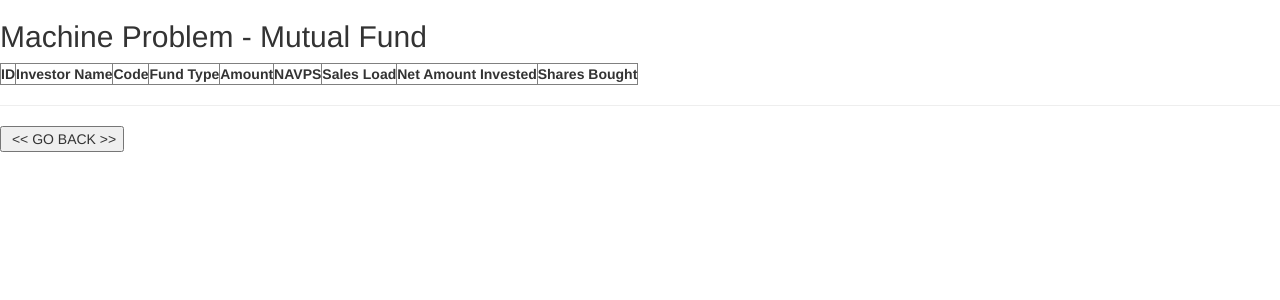
Repository: joshualaxamana/INFOSECWorkspace
Page: http://localhost/MachineProblem1/listallrecords.action
An editor plug-in stored every save of this project. The page is shown before and after the next save, followed by the edit.
The browser window is 1280 px wide. The pictures show the whole page.
Some web libraries are served in a nearby version. The page is served by Tomcat 9. Other server files are loaded and not shown. Queries for data that is not in the repository find no rows.

Above is the page before, as saved 2017-11-19 16:31:25.

### MachineProblem1/web/viewallrecords.jsp
<%@ page language="java" contentType="text/html; charset=ISO-8859-1"
    pageEncoding="ISO-8859-1"
    import="machine.problem.utility.Security"%>

<jsp:useBean id="record" type="java.sql.ResultSet" scope="request"/>

<!DOCTYPE html>
<html>
<head>
<meta http-equiv="Content-Type" content="text/html; charset=ISO-8859-1">
<title>Machine Problem - Mutual Fund</title>
<link rel="stylesheet" href="https://maxcdn.bootstrapcdn.com/bootstrap/3.3.7/css/bootstrap.min.css">
<script src="https://ajax.googleapis.com/ajax/libs/jquery/3.2.1/jquery.min.js"></script>
<script src="https://maxcdn.bootstrapcdn.com/bootstrap/3.3.7/js/bootstrap.min.js"></script>
</head>
<body>
	<h2>Machine Problem - Mutual Fund</h2>
	<table border="1">
		<tr>
			<th>ID</th>
			<th>Investor Name</th>
			<th>Code</th>
			<th>Fund Type</th>
			<th>Amount</th>
			<th>NAVPS</th>
			<th>Sales Load</th>
			<th>Net Amount Invested</th>
			<th>Shares Bought</th>
		</tr>
		<%
			while (record.next()) {
		%>
			<tr align="center">
				<td><%= record.getInt("id") %></td>
				<td><%= Security.decrypt(record.getString("investorName")) %></td>
				<td><%= Security.decrypt(record.getString("fundCode")) %></td>
				<td><%= Security.decrypt(record.getString("mutualFundType")) %></td>
				<td><%= record.getDouble("amountInvested") %></td>
				<td><%= record.getDouble("navps") %></td>
				<td><%= record.getDouble("salesLoad") %></td>
				<td><%= record.getDouble("netAmountInvested") %></td>
				<td><%= record.getInt("sharesBought") %></td>
			</tr>
		<% } %>
	</table>
	<hr/>
	<form action="index.jsp">
		<input type="submit" value=" << GO BACK >>">
	</form>
</body>
</html>

### MachineProblem1/src/machine/problem/controller/ListAllRecordsServlet.java
package machine.problem.controller;

import java.io.IOException;
import javax.servlet.ServletException;
import javax.servlet.annotation.WebServlet;
import javax.servlet.http.HttpServlet;
import javax.servlet.http.HttpServletRequest;
import javax.servlet.http.HttpServletResponse;

import java.sql.*;

import machine.problem.model.InvestorBean;

@WebServlet("/listallrecords.action")
public class ListAllRecordsServlet extends HttpServlet {
	private static final long serialVersionUID = 1L;

	protected void doGet(HttpServletRequest request, HttpServletResponse response) throws ServletException, IOException {
		doPost(request, response);
	}

	protected void doPost(HttpServletRequest request, HttpServletResponse response) throws ServletException, IOException {

		ResultSet records = new InvestorBean().getAllRecords();

		//perform data binding on request
		request.setAttribute("record", records);

		//select the JSP for view
		request.getRequestDispatcher("viewallrecords.jsp")
			.forward(request, response);
	}
}

### MachineProblem1/src/machine/problem/model/InvestorBean.java
package machine.problem.model;

import java.sql.*;

import machine.problem.utility.Security;

public class InvestorBean {

	private String name;
	private String fundType;
	private double amount;
	private String fundTypeName;
	private double percentage;
	private double navsp;
	private double salesLoad;
	private double netAmountInvested;
	private int sharesBought;

	public String getName() {
		return name;
	}

	public void setName(String name) {
		this.name = name;
	}

	public String getFundType() {
		return fundType;
	}

	public void setFundType(String fundType) {
		this.fundType = fundType;
	}

	public double getAmount() {
		return amount;
	}

	public void setAmount(double amount) {
		this.amount = amount;
	}

	public String getFundTypeName() {
		return fundTypeName;
	}

	public void setFundTypeName(String fundTypeName) {
		this.fundTypeName = fundTypeName;
	}

	public double getPercentage() {
		return percentage;
	}

	public void setPercentage(double percentage) {
		this.percentage = percentage;
	}

	public double getNavsp() {
		return navsp;
	}

	public void setNavsp(double navsp) {
		this.navsp = navsp;
	}

	public double getSalesLoad() {
		return salesLoad;
	}

	public void setSalesLoad(double salesLoad) {
		this.salesLoad = salesLoad;
	}

	public double getNetAmountInvested() {
		return netAmountInvested;
	}

	public void setNetAmountInvested(double netAmountInvested) {
		this.netAmountInvested = netAmountInvested;
	}

	public int getSharesBought() {
		return sharesBought;
	}

	public void setSharesBought(int sharesBought) {
		this.sharesBought = sharesBought;
	}


	//business logic methods for buying stock market shares
	public void buyFunds() {
		if (this.amount > 999 || this.amount < 100000) {
			this.percentage = 0.02;
		}
		else if (this.amount >= 100000 || this.amount < 500000) {
			this.percentage = 0.015;
		}
		else if (this.amount >= 500000 || this.amount < 2000000) {
			this.percentage = 0.01;
		}
		else if (this.amount >= 2000000) {
			this.percentage = 0.005;
		}

		switch (fundType) {
			case "SALEF":
				this.fundTypeName = "Save and Learn Equity Fund";
				this.navsp = 5.8222;
				this.salesLoad = this.percentage * this.amount;
				this.netAmountInvested = this.amount - this.salesLoad;
				this.sharesBought = (int)((this.amount - this.salesLoad) / this.navsp);
				break;
			case "SALBF":
				this.fundTypeName = "Save and Learn Balanced Fund";
				this.navsp = 2.7205;
				this.salesLoad = this.percentage * this.amount;
				this.netAmountInvested = this.amount - this.salesLoad;
				this.sharesBought = (int)((this.amount - this.salesLoad) / this.navsp);
				break;
			case "SALFIF":
				this.fundTypeName = "Save and Learn Fixed Income Fund";
				this.navsp = 2.2136;
				this.salesLoad = this.percentage * this.amount;
				this.netAmountInvested = this.amount - this.salesLoad;
				this.sharesBought = (int)((this.amount - this.salesLoad) / this.navsp);
				break;
		}
		insertToDB();
	}

	//this section is reserved for JDBC database table manipulation
	private Connection getConnectionDB() {
		Connection connection = null;

		try {
			Class.forName("com.mysql.jdbc.Driver");

			connection = DriverManager
				.getConnection("jdbc:mysql://localhost:3306/laxamana-tc001-infosec",
					"root", "");
		} catch (ClassNotFoundException cfne) {
			cfne.printStackTrace();
		} catch (SQLException sqle) {
			sqle.printStackTrace();
		}
		return connection;
	}

	private void insertToDB() {
		String sql = "insert into famiinvestors (investorName, amountInvested, "
			+ "fundCode, mutualFundType, navps, netAmountInvested, salesLoad, sharesBought) "
			+ "values (?,?,?,?,?,?,?,?)";

		Connection connection = getConnectionDB();
		if (connection != null) { //means that the connection object is valid
			try {
				PreparedStatement pstmnt = connection.prepareStatement(sql);

				//set the values according to the parameterized
				//query of PreparedStatement
				pstmnt.setString(1, Security.encrypt(this.name));
				pstmnt.setDouble(2, this.amount);
				pstmnt.setString(3, Security.encrypt(this.fundType));
				pstmnt.setString(4, Security.encrypt(this.fundTypeName));
				pstmnt.setDouble(5, this.navsp);
				pstmnt.setDouble(6, this.netAmountInvested);
				pstmnt.setDouble(7, this.salesLoad);
				pstmnt.setInt(8, this.sharesBought);

				//now commit this to the database table
				pstmnt.executeUpdate();
			} catch (SQLException sqle) {
				sqle.printStackTrace();
			}
		} else {
			System.err.println("Connection object is null.");
		}
	}

	public ResultSet getAllRecords() {
		ResultSet records = null;

		String sql = "select * from famiinvestors";

		Connection connection = getConnectionDB();

		if (connection != null) { //means that the connection object is valid
			try {
				PreparedStatement pstmnt = connection.prepareStatement(sql);

				//now commit this to the database table
				records = pstmnt.executeQuery();
			} catch (SQLException sqle) {
				sqle.printStackTrace();
			}
		} else {
			System.err.println("Connection object is null.");
		}
		return records;
	}
}

After the next save:
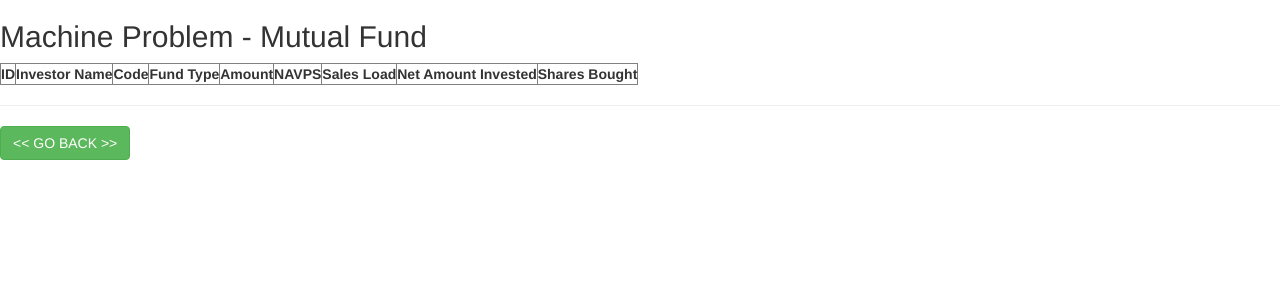
Saved 71 s later.
--- a/MachineProblem1/web/viewallrecords.jsp
+++ b/MachineProblem1/web/viewallrecords.jsp
@@ -45,7 +45,7 @@
 	</table>
 	<hr/>
 	<form action="index.jsp">
-		<input type="submit" value=" << GO BACK >>">
+		<input class="btn btn-success" type="submit" value=" << GO BACK >>">
 	</form>
 </body>
 </html>
